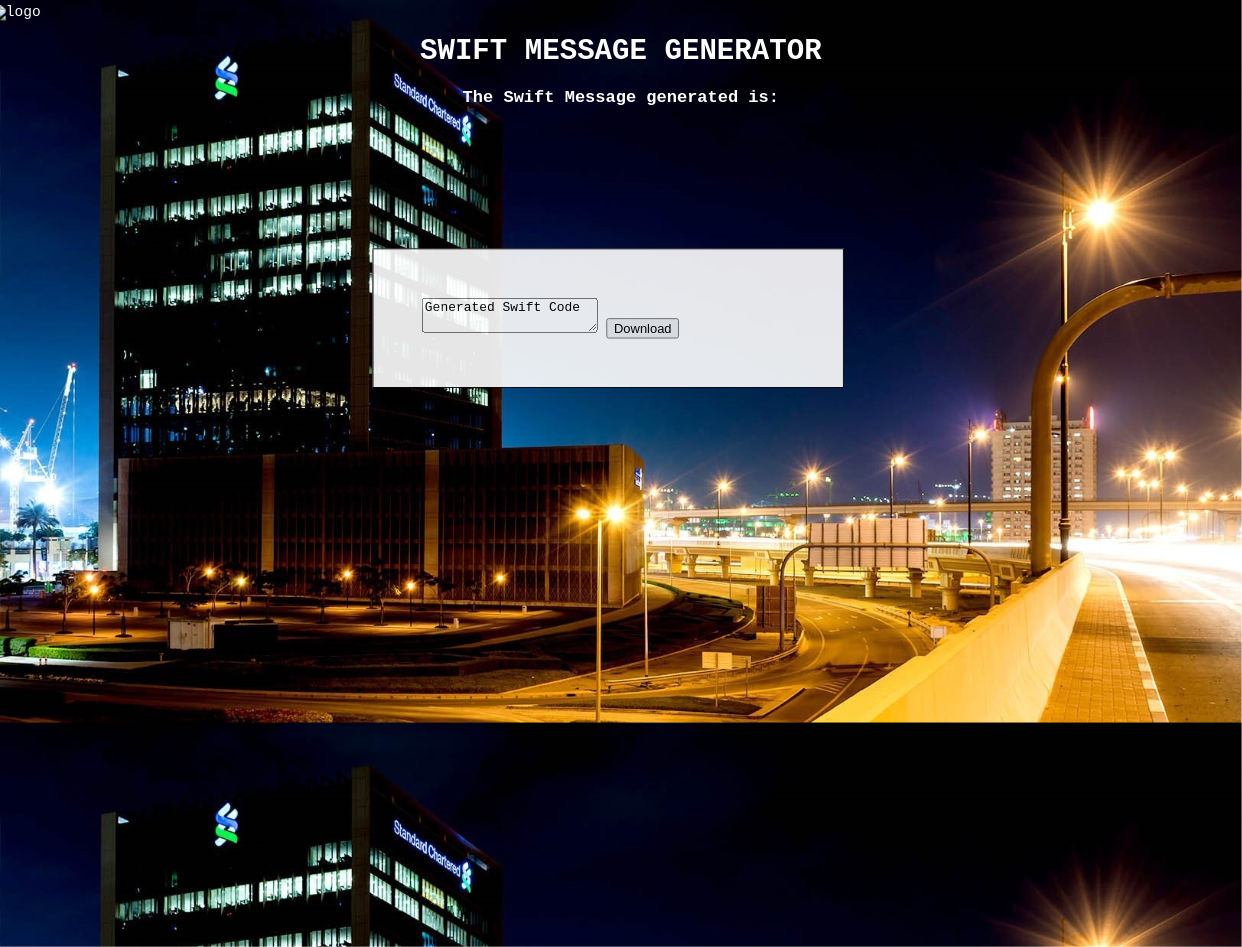
Repository: sesha-3/swiftGen
Page: http://localhost/GenSwift/Swift-Output.jsp
An editor plug-in stored every save of this project. The page is shown before and after the next save, followed by the edit.
The browser window is 1280 px wide. The pictures show the whole page, at 97% of full size.
The page is served by Tomcat 9. Other server files are loaded and not shown.

Above is the page before, as saved 2018-09-24 09:16:27.
Not found: GenSwift/style/scblogo.png

### GenSwift/WebContent/Swift-Output.jsp
<!DOCTYPE html>
<html>
<head>
<style>
body, html {
    height: 100%;
    margin: 0;
}
.bgimg {
    background-image: url('style/scb1.jpg');
    height: 100%;
    background-position: center;
    background-size: cover;
    color: white;
    font-family: "Courier New", Courier, monospace;
    font-size: 15px;
}
.topleft {
    position: absolute;
    top: 5px;
    left: -10px;
}


body div .middle {
    position: absolute;
    top: 10%;
    left: 50%;
    transform: translate(-50%, -50%);
    text-align: center;
}

hr {
    margin: auto;
    width: 100%;
}

div .transbox {
  margin-left:30%;
  margin-top:20%;
  background-color: #ffffff;
  border: 1px solid black;
  opacity: 0.9;
  filter: alpha(opacity=60); /* For IE8 and earlier */
  float: middle;
  width: 30%;
  padding: 50px;
  height: 40%;
}

div .transbox p {
  margin: 5%;
  font-weight: bold;
  color: #000000;
}
div .transbox button {

}
</style>

<script type="text/javascript" >

function download(text) {
var filename="swift.txt"
  var pom = document.createElement('a');
  pom.setAttribute('href', 'data:text/plain;charset=utf-8,' + encodeURIComponent(text));
  pom.setAttribute('download', filename);

  pom.style.display = 'none';
  document.body.appendChild(pom);

  pom.click();

  document.body.removeChild(pom);
}

</script>
</head>
<body class="bgimg">

<div>
  <div class="topleft">
   <img src="/style/scblogo.png" alt="logo" style="width:130px;height:130px;">
  </div>
  <div class="middle">
    <h1>SWIFT MESSAGE GENERATOR</h1>
    <h3>The Swift Message generated is:</h3>
  </div>

  <div class="transbox">

  	<form  onsubmit="download( this['msg'].value)" >
  	<textarea name="msg">Generated Swift Code</textarea>
    <input type="submit" name="button1" value="Download" />

	</form>



  </div>

</div>

</body>
</html>

After the next save:
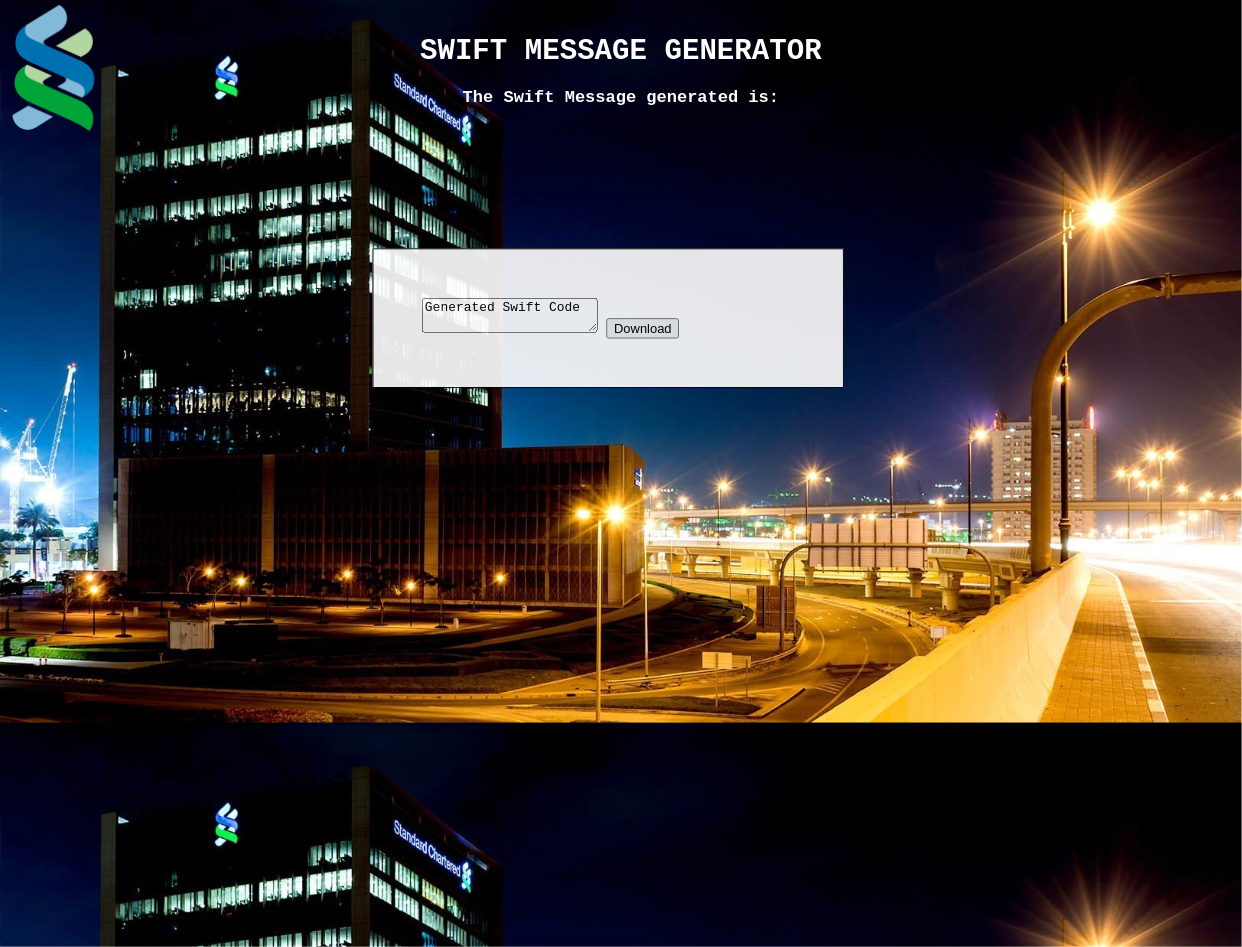
Saved 30 s later.
--- a/GenSwift/WebContent/Swift-Output.jsp
+++ b/GenSwift/WebContent/Swift-Output.jsp
@@ -80,7 +80,7 @@
 
 <div>
   <div class="topleft">
-   <img src="/style/scblogo.png" alt="logo" style="width:130px;height:130px;">
+   <img src="style/scblogo.png" alt="logo" style="width:130px;height:130px;">
   </div>
   <div class="middle">
     <h1>SWIFT MESSAGE GENERATOR</h1>
